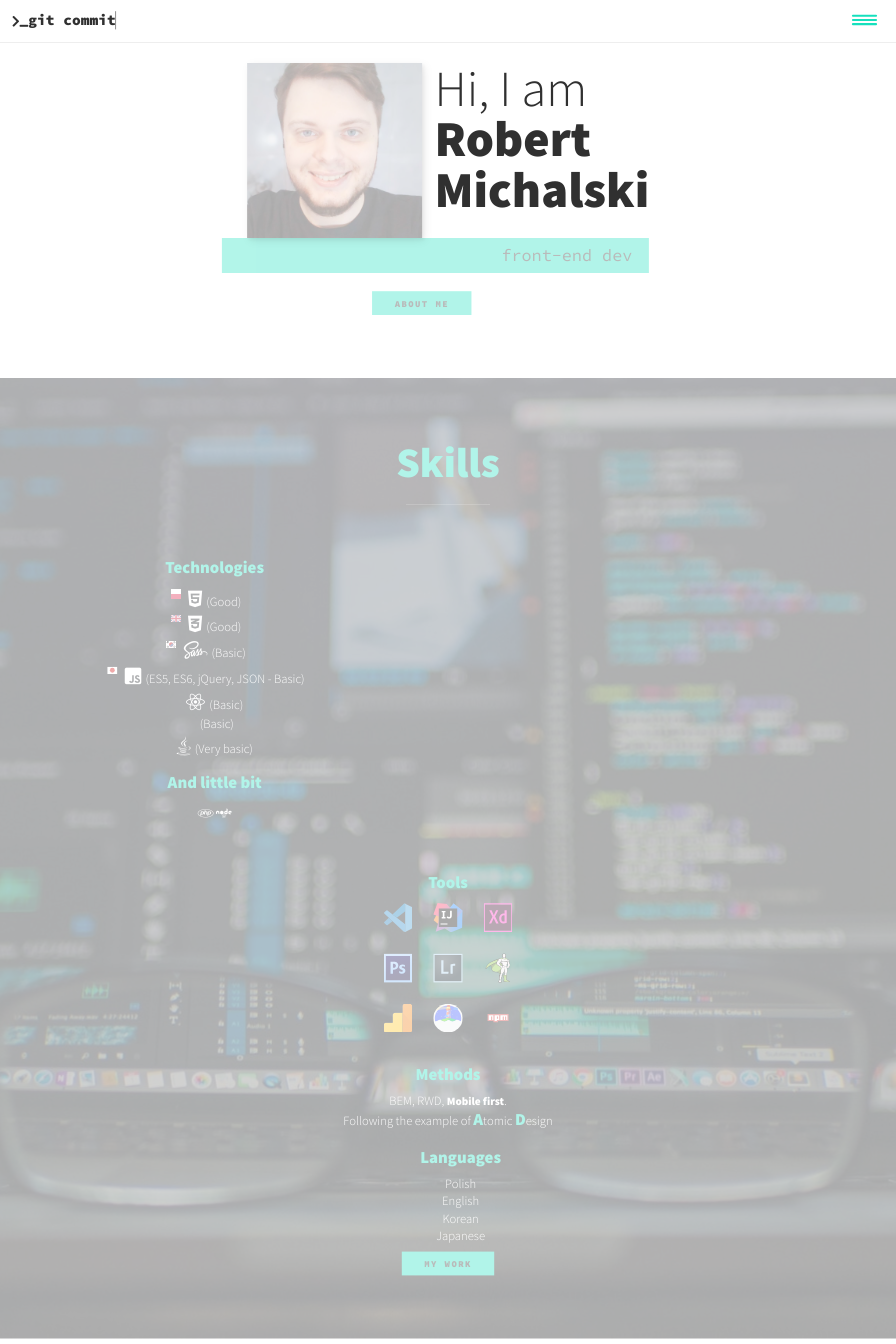
Repository: michalskirobert/michalskirobert.github.io
Page: index.html
An editor plug-in stored every save of this project. The page is shown before and after the next save, followed by the edit.
The browser window is 1280 px wide. The pictures show the part of the page from y = 0 to 1920 px (the page is 5024 px tall before and 4481 px after), at 70% of full size.
Some icons come from a web library that is not loaded, so they are not drawn. Some web libraries are served in a nearby version.

Above is the page before, as saved 2020-11-12 22:22:10.
Console error: TypeError: Cannot read properties of null (reading 'addEventListener')

After the next save:
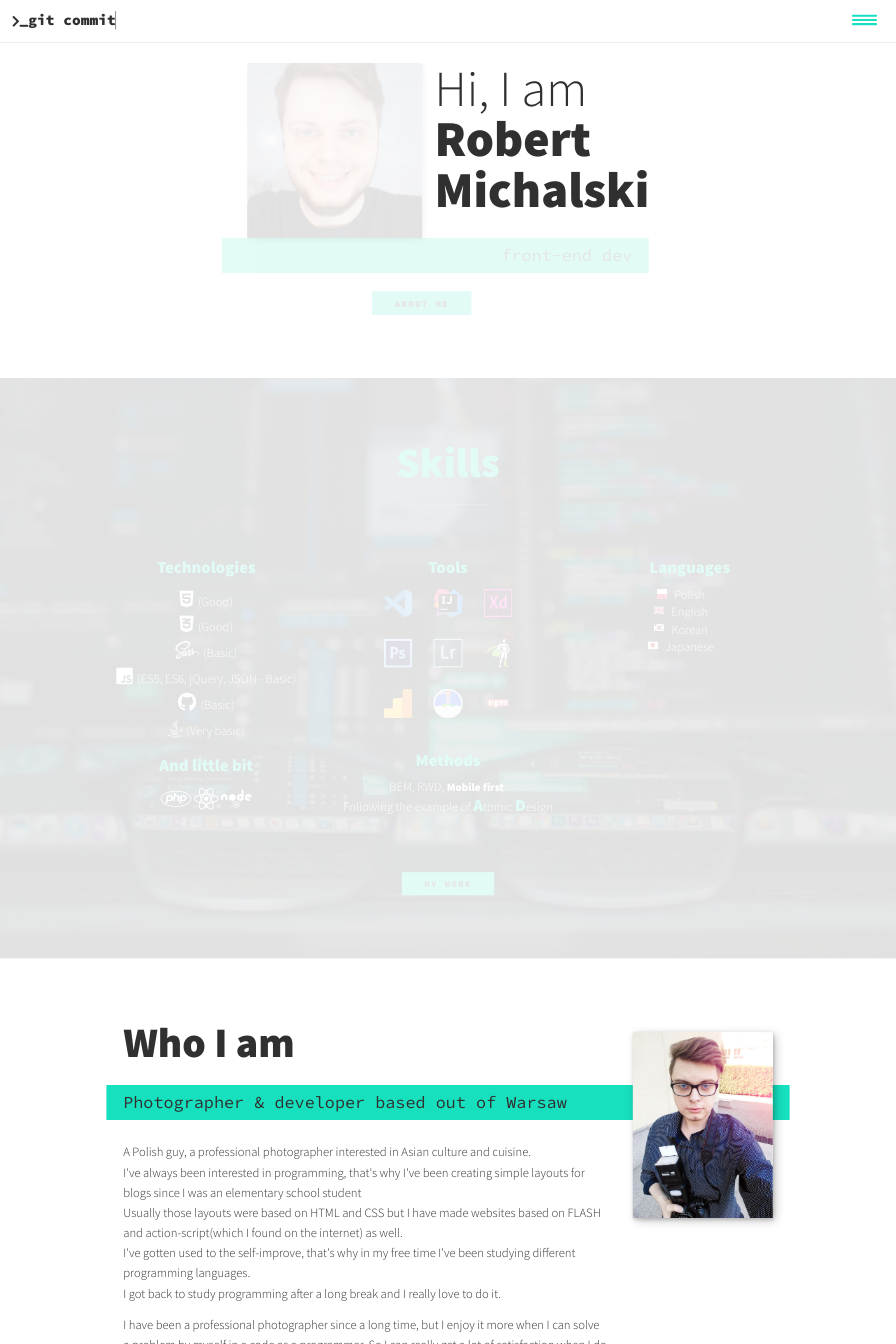
Saved 102 s later.
--- a/index.html
+++ b/index.html
@@ -64,42 +64,42 @@
                 <p><i class="fab fa-css3-alt"></i>(Good)</p>
                 <p><i class="fab fa-sass"></i>(Basic)</p>
                 <p><i class="fab fa-js-square"></i>(ES5, ES6, jQuery, JSON - Basic)</b>
-                <p><i class="fab fa-react"></i>(Basic)</p>
-                <p><i class="fas fa-code-merge"></i>(Basic)</p>
+                <p><i class="fab fa-github"></i>(Basic)</p>
                 <p><i class="fab fa-java"></i>(Very basic)</p>
                 <h3>And little bit</h3>
-                <i class="fab fa-php"></i>
-                <i class="fab fa-node"></i>
-            </div>
-        </div>
-        <!-- / skill -->
-        <div class="skill">
-            <h3>Tools</h3>
-            <div class="image__item">
-                <img src="./img/visual-studio-code-1.svg" alt="Visual Studio Code" />
-                <img src="./img/intellij-idea-1.svg" alt="Inteliji IDEA" />
-                <img src="./img/adobe-xd.svg" alt="Adobe Xd" />
-                <img src="./img/adobe-photoshop-cs6.svg" alt="Adobe Photoshop" />
-                <img src="./img/lightroom-cc.svg" alt="Adobe Lightroom" />
-                <img src="./img/gsap-greensock.svg" alt="GSAP" />
-                <img src="./img/google-analytics-3.svg" alt="Google Analytics" />
-                <img src="./img/google-lighthouse.svg" alt="Google Lighthouse" />
-                <img src="./img/Npm-01.svg" alt="NPM" />
-                <!-- <img src="./img/github.svg" alt="GitHub" /> -->
-            </div>
-            <h3>Methods</h3>
-            <p>BEM, RWD, <b>Mobile first</b>.</p>
-            <p>Following the example of <span>A</span>tomic <span>D</span>esign</p>
-        </div>
-        <!-- / skill -->
-        <div class="skill">
-            <h3>Languages</h3>
-            <p>Polish</p>
-            <p>English</p>
-            <p>Korean</p>
-            <p>Japanese</p>
-        </div>
-        <!-- / skill -->
+                <div class="skill__row">
+                    <i class="fab fa-php"></i>
+                    <i class="fab fa-react"></i>
+                    <i class="fab fa-node"></i>
+                </div>
+            </div>
+            <!-- / skill -->
+            <div class="skill">
+                <h3>Tools</h3>
+                <div class="image__item">
+                    <img src="./img/visual-studio-code-1.svg" alt="Visual Studio Code" />
+                    <img src="./img/intellij-idea-1.svg" alt="Inteliji IDEA" />
+                    <img src="./img/adobe-xd.svg" alt="Adobe Xd" />
+                    <img src="./img/adobe-photoshop-cs6.svg" alt="Adobe Photoshop" />
+                    <img src="./img/lightroom-cc.svg" alt="Adobe Lightroom" />
+                    <img src="./img/gsap-greensock.svg" alt="GSAP" />
+                    <img src="./img/google-analytics-3.svg" alt="Google Analytics" />
+                    <img src="./img/google-lighthouse.svg" alt="Google Lighthouse" />
+                    <img src="./img/Npm-01.svg" alt="NPM">
+                </div>
+                <h3>Methods</h3>
+                <p>BEM, RWD, <b>Mobile first</b>.</p>
+                <p>Following the example of <span>A</span>tomic <span>D</span>esign</p>
+            </div>
+            <!-- / skill -->
+            <div class="skill">
+                <h3>Languages</h3>
+                <p>Polish</p>
+                <p>English</p>
+                <p>Korean</p>
+                <p>Japanese</p>
+            </div>
+            <!-- / skill -->
         </div>
         <!-- / skills -->
 
